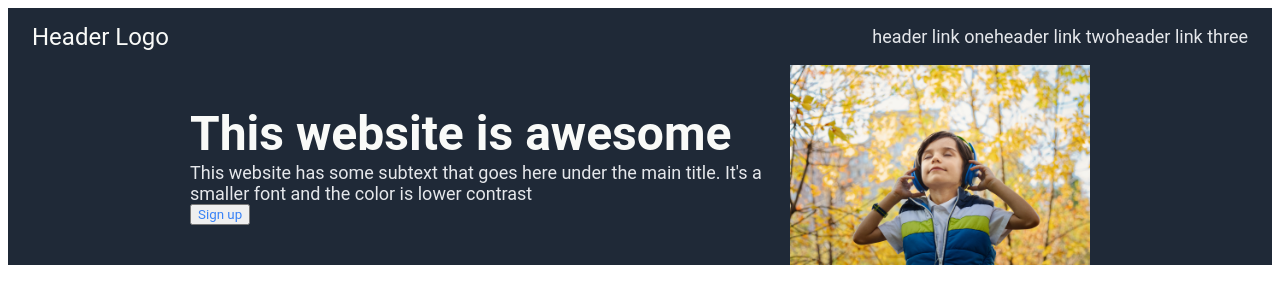
Repository: z1youRA/FirstWebsite
Page: index.html
These files come from the project's save history. The page is drawn as it stood at one moment and after the next save; the edit follows.
The browser window is 1280 px wide. The pictures show the whole page.

Above is the page before, as saved 2021-11-25 17:16:30.

After the next save:
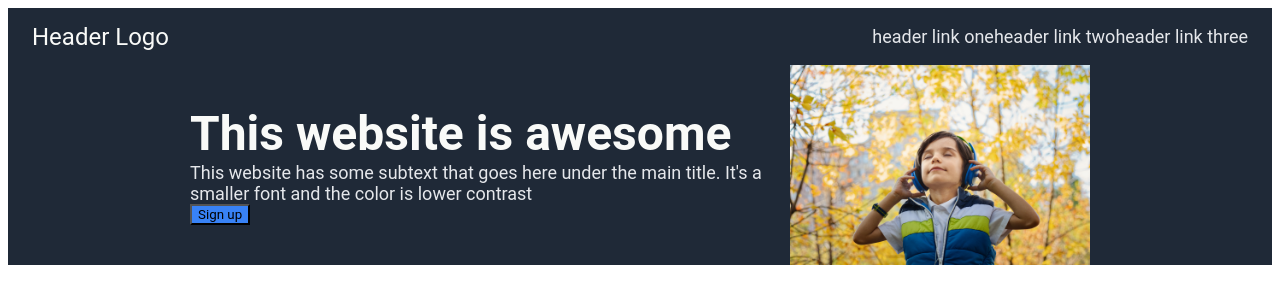
Saved 46 s later.
--- a/styles.css
+++ b/styles.css
@@ -22,7 +22,7 @@
 }
 
 button {
-    color: #3882f6;
+    background-color: #3882f6;
 }
 
 .text {
